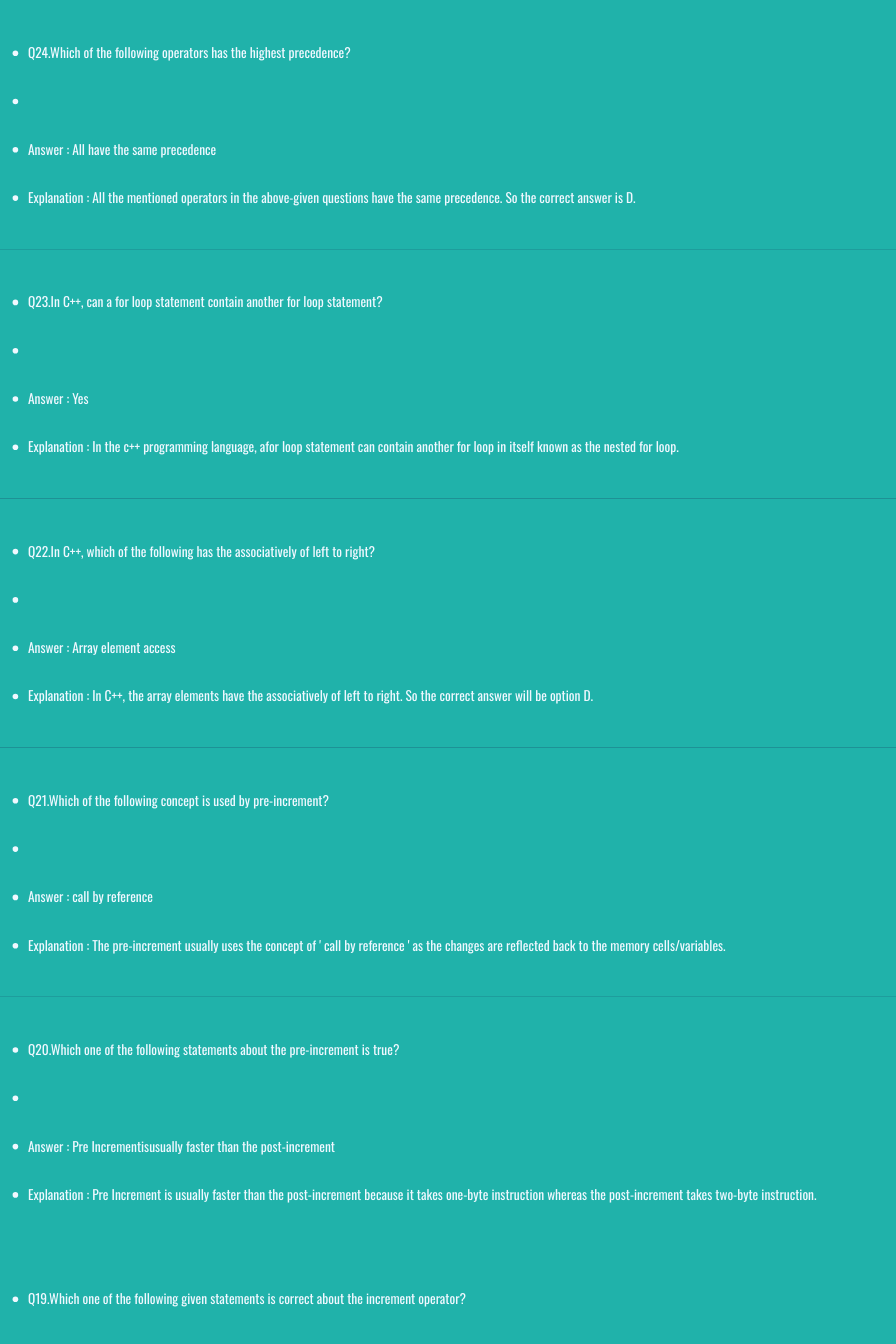
Repository: abdelrahmanahmed20021/Quiz-Platform
Page: info.html
The author's editor kept a copy of each file at every save. The page is drawn from the files as they stood at one save, then again after the next save.
The browser window is 1280 px wide. The pictures show the part of the page from y = 0 to 1920 px (the page is 11674 px tall before and 11774 px after), at 70% of full size.

Above is the page before, as saved 2023-01-11 18:17:55.

### info.html
<!DOCTYPE html>
<html lang="en">

    <head>
        <!-- ======== Meta =========== -->
        <meta charset="UTF-8">
        <meta http-equiv="X-UA-Compatible" content="IE=edge">
        <meta name="viewport" content="width=device-width, initial-scale=1.0">
        <title>Question || Platform</title>
        <!-- ======== Links =========== -->
        <link rel="stylesheet" href="./styles/index.css">
        <link rel="stylesheet" href="./styles/responsive.css">
        <style>
            .info-answers{
                padding: 40px;
                background-color: lightseagreen;
                font-family:  'Oswald', sans-serif;
            }
            .info-answers li{
                color: aliceblue;
                padding: 20px 0;
                font-size: 1.2rem;
            }
            .info-answers li img{
                width: 300px;
                border-radius: 10px;
            }
        </style>
        <!-- ======== Links =========== -->
    </head>
    <body>



       <script type="module">
          import {data} from "./auth/data.js";

          const body = document.querySelector("body");

          data.forEach((e) =>{
            const result_ans = e.answer;
            body.insertAdjacentHTML("afterend",`
            <ul class="info-answers">
                <li>${e.quest}</li>
                <li><img src="${e?.img}"alt=""></li>
                <li>Answer : ${e[result_ans]}</li>
                <li>Explanation : ${e.explanation}</li>
            </ul>

            `)
          })
       </script>
    </body>
</html>

### styles/index.css
/* ========= Import || Font ||  ========= */
@import url('https://fonts.googleapis.com/css2?family=Oswald:wght@200;300;400;500;600;700&display=swap');
/* ========= Import || Font ||  ========= */




/* ========= Set || Variables ||  ========= */
:root {
    --mainColor: #192a56;
    --primaryColor: #273c75;
    --lightColor: #00a8ff;
    --greenColor: #e1b12c;
    --redColor: #487eb0;
    --mainFont: 'Oswald', sans-serif;
    --mainPadding: 40px;
    --primaryPadding: 20px;
    --mainFontSize: 1.2rem;
    --primaryFontSize: .72rem;
    --mainFontWigth: 500;
    --primaryFontWigth: 700;
}

/* ========= Set || Variables ||  ========= */




/* ========= Golbal || Styles ||  ========= */
*>*,
*::after,
*::before {
    padding: 0;
    margin: 0;
    box-sizing: border-box;
    transition: all .5s ease-in-out;
    user-select: none;
    user-zoom: none;
    -webkit-user-drag: none;
}

body {
    background-color: var(--mainColor);
    font-family: var(--mainFont);
}

.flex {
    display: flex;
    align-items: center;
    justify-content: center;
}

.box {
    height: 50%;
}

.border {
    border: 2px solid var(--lightColor);
    border-radius: 10px;
}

.hover:hover {
    background-color: var(--lightColor) !important;
    color: var(--primaryColor) !important;
}

.hover_min_width:active {
    background-color: var(--lightColor) !important;
    color: var(--primaryColor) !important;
}

::-webkit-scrollbar {
    width: 5px;
}

::-webkit-scrollbar-thumb {
    background-color: var(--greenColor);
    border-radius: 10px;
}

/* ========= Golbal || Styles ||  ========= */



/* ========= Main || ElE || Styles ||  ========= */
body>section {
    display: flex;
    height: 100vh;
    padding: 30px;
}

body>section .container_1 {
    width: 70%;
    height: 100%;
}

body>section .container_2 {
    width: 30%;
    height: 100%;
    overflow: hidden;
}

body>section .container_1 .start_btn {
    height: 35%;
    gap: 30px;
}

/* ========= Main || ElE || Styles ||  ========= */

/* ========= Audio || Styles ||  ========= */

body>section>.audio_cotroll {
    position: relative;
}

body>section>.audio_cotroll img {
    top: 0;
    left: 0;
    cursor: pointer;
    position: absolute;
    width: 0;
    height: 0;
    opacity: 0;
}

body>section>.audio_cotroll .active {
    opacity: 1;
    z-index: 100;
    width: auto;
    height: auto;
}

/* ========= Audio || Styles ||  ========= */


/* ========= Container || One || Styles ||  ========= */
body>section .container_1 .start_btn button {
    padding: var(--primaryPadding);
    width: 200px;
    border: 0;
    outline: 0;
    border-radius: 10px;
    font-size: var(--mainFontSize);
    background-color: var(--primaryColor);
    color: var(--lightColor);
    cursor: pointer;
    font-weight: var(--mainFontWigth);
}
body>section .container_1 .start_btn button:hover{
    background-color: var(--lightColor);
    color: var(--mainColor);
}
body>section .container_1 .quest_content {
    height: 65%;
    padding: var(--mainPadding) var(--primaryPadding);
}

body>section .container_1 .quest_content .quset_cont {
    position: relative;
    height: 50%;
    font-size: var(--mainFontSize);
    color: var(--lightColor);
    background-color: transparent;
    padding: 90px;
}
body > #poper_img{
    background-color: #466bdb46;
    backdrop-filter: blur(10px);
    position: fixed;
    top: 0;
    bottom: 0;
    left: 0;
    right: 0;
    z-index: 1000;
    display: flex;
    justify-content: center;
    align-items: center;
}

@media screen and (max-width:675px){
    body > #poper_img img{
        width: 85%;
    }
}

@media screen and (min-width:676px) and (max-width:976px){
    body > #poper_img img{
        width: 90%;
    }
}
body > #poper_img span{
    position: absolute;
    top: 20px;
    left: 20px;
    font-size: 2rem;
    cursor: pointer;
    font-weight: bold;
    font-family: sans-serif;
    color: #e1b12c;
}
body>section .container_1 .quest_index {
    padding: 2px 10px;
    font-size: 16px;
    color: var(--lightColor);
}

body>section .container_1 .quest_content .answers {
    width: 100%;
    justify-content: center;
    flex-wrap: wrap;
}

body>section .container_1 .quest_content .answers span {
    width: 46%;
    margin: 5px;
    min-height: 40px;
    text-align: center;
    padding: 5px 0;
    cursor: pointer;
    color: var(--lightColor);
}


/* ========= Container || One || Styles ||  ========= */




/* ========= Container || Two || Styles ||  ========= */
body>section .container_2 .quest_index_num {
    justify-content: space-between;
    flex-direction: column-reverse;
    min-height: 68%;
    max-height: 68%;
    padding-bottom: 400px;
    margin-bottom: 30px;
    overflow: auto;
}


body>section .container_2 .quest_index_num p {
    display: block;
    width: 100%;
    text-align: center;
    color: var(--primaryColor);
}

body>section .container_2 .quest_index_num .correct_answer {
    background-color: transparent !important;
    color: var(--greenColor) !important;
}

body>section .container_2 .quest_index_num .falsey_answer {
    background-color: transparent !important;
    color: var(--primaryColor) !important;
}

body>section .container_2 .icons_helper {
    justify-content: space-evenly;
    height: 20%;
}

body>section .container_2 .icons_helper .remove_2 {
    width: 80px;
    height: 80px;
    cursor: pointer;
    color: var(--lightColor);
}

body>section .container_2 .icons_helper .google {
    cursor: pointer;
    width: 80px;
    height: 80px;
}

/* ========= Container || Two || Styles ||  ========= */

/* ========= Actives || Class || Styles ||  ========= */
.active_point_quest {
    color: var(--lightColor) !important;
    font-weight: var(--primaryFontWigth);
    font-size: var(--mainFontSize);
}

.falsey_answer {
    background-color: var(--redColor) !important;
    color: var(--lightColor) !important;
}
.falsey_answer_p{
    color: red !important;
}
.correct_answer {
    background-color: var(--greenColor) !important;
    color: var(--lightColor) !important;
}

.hidde_animate_btn {
    transform: scale(0);
    width: 0;
}
.poper_appender{
    color: #00a8ff;
}
.hide_poper{
    display: none !important;
}
.description_hidde{
    display: none;
}
/* ========= Actives || Class || Styles ||  ========= */

### styles/responsive.css
/* ===========  Tablets || Sizes  =============== */
/* =============== Sm ================ */
@media screen and (min-width:360px) and (max-width:960px) {
    :root {
        --mainPadding: 20px;
        --primaryPadding: 10px;
        --mainFontSize: 1rem;
        --mainFontWigth: 400;
        --primaryFontWigth: 500;
    }

    body>section {
        flex-direction: column;
        padding: 20px 10px;
    }

    body>section .container_1 {
        width: 100%;
        height: 70%;

    }

    body>section .container_1 .start_btn {
        height: 20%;
    }

    body>section .container_2 {
        width: 100%;
        height: 30%;
    }

    body>section .container_2 .quest_index_num {
        min-height: 58%;
        max-height: 58%;
        padding-bottom: 0;
        padding-left: 400px;
    }

    body>section .container_2 .icons_helper {
        justify-content: space-between;
    }

    body>section .container_1 .quest_content .quset_cont {
        padding: 40px;
    }

    body>section .container_1 .quest_content .answers span {
        font-size: var(--primaryFontSize);
        font-weight: var(--primaryFontWigth);
    }

    body>section .container_2 .icons_helper .remove_2 {
        width: 60px;
        height: 60px;
    }

    body>section .container_2 .icons_helper .google {
        width: 60px;
        height: 60px;
    }

}

/* =============== Sm ================ */
/* ===========  Tablets || Sizes  =============== */

### auth/data.js
export const data = [
    {
        "quest": "Q1.What will be the output of the following C++ code?",
        "img": `../assets/code/1.png`,
        "a": "Hello",
        "b": "World",
        "c": "Error",
        "d": "Hello World",
        "answer": "c",
        "explanation": " There is no operation defined for the addition of character array in C++ hence the compiler throws an error as it does not understood what to do about this expression."
    },
    {
        "quest": "Q2.Which of the following C++ code will give error on compilation?",
        "img": `../assets/code/2.png`,
        "a": "Code 1 only",
        "b": "Neither code 1 nor code 2",
        "c": "Both code 1 and code 2",
        "d": "Code 2 only",
        "answer": "b",
        "explanation": "Neither code 1 nor code 2 will give an error as both are syntactically correct as in first code we have included namespace std and in second one we have used scope resolution operator to resolve the conflict."
    },
    {
        "quest": "Q3. What is the value of p in the following C++ code snippet?",
        "img": `../assets/code/3.png`,
        "a": "12",
        "b": "0",
        "c": "2",
        "d": "16",
        "answer": "d",
        "explanation": " means bitwise OR operation so x | y (0101 | 1010) will be evaluated to 1111 which is integer 15 and as a is true and b is false so a+b(1 + 0) = 1. So final value of expression in line #10 will be 15 + 1 = 16."
    },
    {
        "quest": "Q4- In the following program f() is overloaded.",
        "img": "../assets/code/4.png",
        "a": "True",
        "b": "False",
        "c": "Not one of them",
        "d": "True and False",
        "answer": "b",
        "explanation": "No, as both the functions arguments is same and compiler ignores return type to consider overloading though different in return type."
    },
    {
        "quest": "Q5 - What is the output of the following program?",
        "img": "../assets/code/5.png",
        "a": "Hello",
        "b": "Hi",
        "c": "HelloHi",
        "d": "Compile error",
        "answer": "b",
        "explanation": "Its Easy Bro Go Study well but call me i will tell u if u can't get it"
    },
    {
        "quest": "Q6- What is the output of the following program?",
        "img": "../assets/code/6.png",
        "a": "5",
        "b": "Address of ‘x’",
        "c": "Compile error",
        "d": "10",
        "answer": "d",
        "explanation": "A function can return reference, hence it can appear on the left hand side of the assignment operator.",
    },
    {
        "quest": "Q7.Which of the following user-defined header file extension used in c++?",
        "img": "",
        "a": "hg",
        "b": "cpp",
        "c": "h",
        "d": "hf",
        "answer": "c",
        "explanation": ".h extensions are used for user defined header files. To include a user defined header file one should use #include”name.h” i.e. enclosed within double quotes.",
    },
    {
        "quest": "Q8.Which of the following is a correct identifier in C++?",
        "img": "",
        "a": "VAR_1234",
        "b": "$var_name",
        "c": "7VARNAME",
        "d": "7var_name",
        "answer": "a",
        "explanation": `
            Explanation: The rules for writing an identifier is as follows:
            i) may contain lowercase/uppercase letters, digits or underscore(_) only
            ii) should start with a non-digit character
            iii) should not contain any special characters like @, $, etc.`
    },
    {
        "quest": "Q9.What happens if the following C++ statement is compiled and executed?",
        "img": "../assets/code/7.png",
        "a": "The program is not semantically correct",
        "b": "The program is compiled and executed successfully",
        "c": "The program gives a compile-time error",
        "d": " The program compiled successfully but throws an error during run-time",
        "answer": "b",
        "explanation": "The above statement is syntactically and semantically correct as C++ allows the programmer to delete a NULL pointer, therefore, the program is compiled and executed successfully."
    },
    {
        "quest": "Q10.What will be the output of the following C++ program?",
        "img": "../assets/code/8.png",
        "a": "Hello",
        "b": "World",
        "c": "Error",
        "d": "Hello World",
        "answer": "a",
        "explanation": "char* are terminated by a ‘\0’ character so the string “Hello\0World” will be cut down to “Hello”."
    },
    {
        "quest": "Q11.Which of the following is the address operator?",
        "img": "",
        "a": "@",
        "b": "#",
        "c": "&",
        "d": "%",
        "answer": "c",
        "explanation": "To print the address of any variable, a user can use the '&' operator. To understand it more clearly, consider the following example:"
    },
    {
        "quest": "Q12.Which of the following statements is correct about the formal parameters in C++?",
        "img": "",
        "a": "Parameters with which functions are called",
        "b": "Parameters which are used in the definition of the function",
        "c": "Variables other than passed parameters in a function",
        "d": "Variables that are never used in the function",
        "answer": "a",
        "explanation": "Parameters that are used in the body of the function are known as formal parameters. These parameters represent the parameters passed to the function and are only used inside the function's body."
    },
    {
        "quest": "Q13.C++ is a ___ type of language.",
        "img": "",
        "a": "High-level Language",
        "b": "Low-level language",
        "c": "Middle-level language",
        "d": "None of the above",
        "answer": "c",
        "explanation": " C++ contains the features of both types of high and Low-level programming languages, and it is also not wrong if we call it the combination of both high and low-level languages."
    },
    {
        "quest": "Q13.Which of the following refers to characteristics of an array?",
        "img": "",
        "a": "An array is a set of similar data items",
        "b": "An array is a set of distinct data items",
        "c": "An array can hold different types of datatypes",
        "d": "None of the above",
        "answer": "a",
        "explanation": "Basically, an array is a set of similar data items that are stored in the contiguous memory blocks. You can access any data item randomly using the index address of the element s."
    },
    {
        "quest": "Q14.If we stored five elements or data items in an array, what will be the index address or the index number of the array's last data item?",
        "img": "",
        "a": "3",
        "b": "5",
        "c": "4",
        "d": "88",
        "answer": "c",
        "explanation": "The array uses the contiguous block of memory for storing the data elements. Hence the data items pushed into an array are stored at the continuous address space. The index number of the array begins with zero so, the first data item pushed into the array will be stored at zero and so on. Hence index number of the last (fifth) element will be 4."
    },
    {
        "quest": "Q15.Which type of memory is used by an Array in C++ programming language?",
        "img": "",
        "a": "Contiguous",
        "b": "None-contiguous",
        "c": "Both A and B",
        "d": "Not mentioned",
        "answer": "a",
        "explanation": "In the C and C++ programming language, the memory used by an array is usually contiguous, which means when an array is declared or initialized in the program a block of memory is selected form the memory space immediately. The major drawback of an array is that users have to guess the size of the array before actually using it, in which a significant amount of memory will be occupied even when it is not used. This later creates the problem of lack of memory."
    },
    {
        "quest": "Q16.How many types of the array are there in the C++ programming language?",
        "img": "",
        "a": "In the C++ programming language, there are three types of arrays",
        "b": "In the C++ programming language, there are four types of arrays",
        "c": "In the C++ programming language, there are two types of arrays",
        "d": "Both A and B",
        "answer": "c",
        "explanation": "In the C++ programming language, there are mainly two types of arrays that are Single Dimension arrays and Multi-Dimension arrays. In Single-Dimension arrays, the same types of values are hold in the form of a List, while on the other hand, in Multi-Dimension arrays; values are stored in the form of a matrix."
    },
    {
        "quest": "Q17.What did we call an array of the one-dimensional array?",
        "img": "",
        "a": "Single Dimensional array",
        "b": "Multi-Dimensional array",
        "c": "2D Array (or 2-Dimensional array)",
        "d": "Both A and B",
        "answer": "c",
        "explanation": "An array of one-dimensional array is known as the 2-dimensional array or 2D Array-like . We can understand it more clearly with the help of the following example:"
    },
    {
        "quest": "Q18.How many types of elements can an array store?",
        "img": "",
        "a": "Same types of elements",
        "b": "Char and int type",
        "c": "Only char types",
        "d": "All of the above",
        "answer": "a",
        "explanation": " An array can hold several elements except that all the data elements are of the same type."
    },
    {
        "quest": "Q19.Which one of the following given statements is correct about the increment operator?",
        "img": "",
        "a": "Increment operator(or ++ ) usually adds 2 to its operand",
        "b": "Decrement operator ++ subtracts 1 to its operand",
        "c": "Decrement operator ++ subtracts 3 to its operand",
        "d": "Increment operator (or ++ ) usually adds 1 to its operand",
        "answer": "d",
        "explanation": "The Increment operator (or ++) is one of the basic operators in C++. Usually, it is used in several types of loop statements for the counter. Whenever the increment operator (or ++) gets executed, it adds or made an increment of 1 to its operand. To understand it more clearly, you can consider the example given below:"
    },
    {
        "quest": "Q20.Which one of the following statements about the pre-increment is true?",
        "img": "",
        "a": "Pre Incrementisusually faster than the post-increment",
        "b": "Post-increment is faster than the pre-Increment",
        "c": "Pre increment is slower than post-increment",
        "d": "pre decrement is slower than post-increment",
        "answer": "a",
        "explanation": " Pre Increment is usually faster than the post-increment because it takes one-byte instruction whereas the post-increment takes two-byte instruction."
    },
    {
        "quest": "Q21.Which of the following concept is used by pre-increment?",
        "img": "",
        "a": "call by value",
        "b": "call by reference",
        "c": "queue",
        "d": "call by name",
        "answer": "b",
        "explanation": "The pre-increment usually uses the concept of ' call by reference ' as the changes are reflected back to the memory cells/variables."
    },
    {
        "quest": "Q22.In C++, which of the following has the associatively of left to right?",
        "img": "",
        "a": "Addressof",
        "b": "Unary operator",
        "c": "Logical not",
        "d": "Array element access",
        "answer": "d",
        "explanation": "In C++, the array elements have the associatively of left to right. So the correct answer will be option D."
    },
    {
        "quest": "Q23.In C++, can a for loop statement contain another for loop statement?",
        "img": "",
        "a": "No",
        "b": "Yes",
        "c": "Runtime error",
        "d": "None of the above",
        "answer": "b",
        "explanation": "In the c++ programming language, afor loop statement can contain another for loop in itself known as the nested for loop."
    },
    {
        "quest": "Q24.Which of the following operators has the highest precedence?",
        "img": "",
        "a": "%",
        "b": "/",
        "c": "*",
        "d": "All have the same precedence",
        "answer": "d",
        "explanation": "All the mentioned operators in the above-given questions have the same precedence. So the correct answer is D."
    },
    /*
    {
        "quest": "",
        "img":"",
        "a": "",
        "b": "",
        "c": "",
        "d": "",
        "answer": "",
        "explanation":
    },
    {
        "quest": "",
        "img":"",
        "a": "",
        "b": "",
        "c": "",
        "d": "",
        "answer": "",
        "explanation":
    },
    {
        "quest": "",
        "img":"",
        "a": "",
        "b": "",
        "c": "",
        "d": "",
        "answer": "",
        "explanation":
    },
    {
        "quest": "",
        "img":"",
        "a": "",
        "b": "",
        "c": "",
        "d": "",
        "answer": "",
        "explanation":
    },
    {
        "quest": "",
        "img":"",
        "a": "",
        "b": "",
        "c": "",
        "d": "",
        "answer": "",
        "explanation":
    },
    {
        "quest": "",
        "img":"",
        "a": "",
        "b": "",
        "c": "",
        "d": "",
        "answer": "",
        "explanation":
    }
    */
];

After the next save:
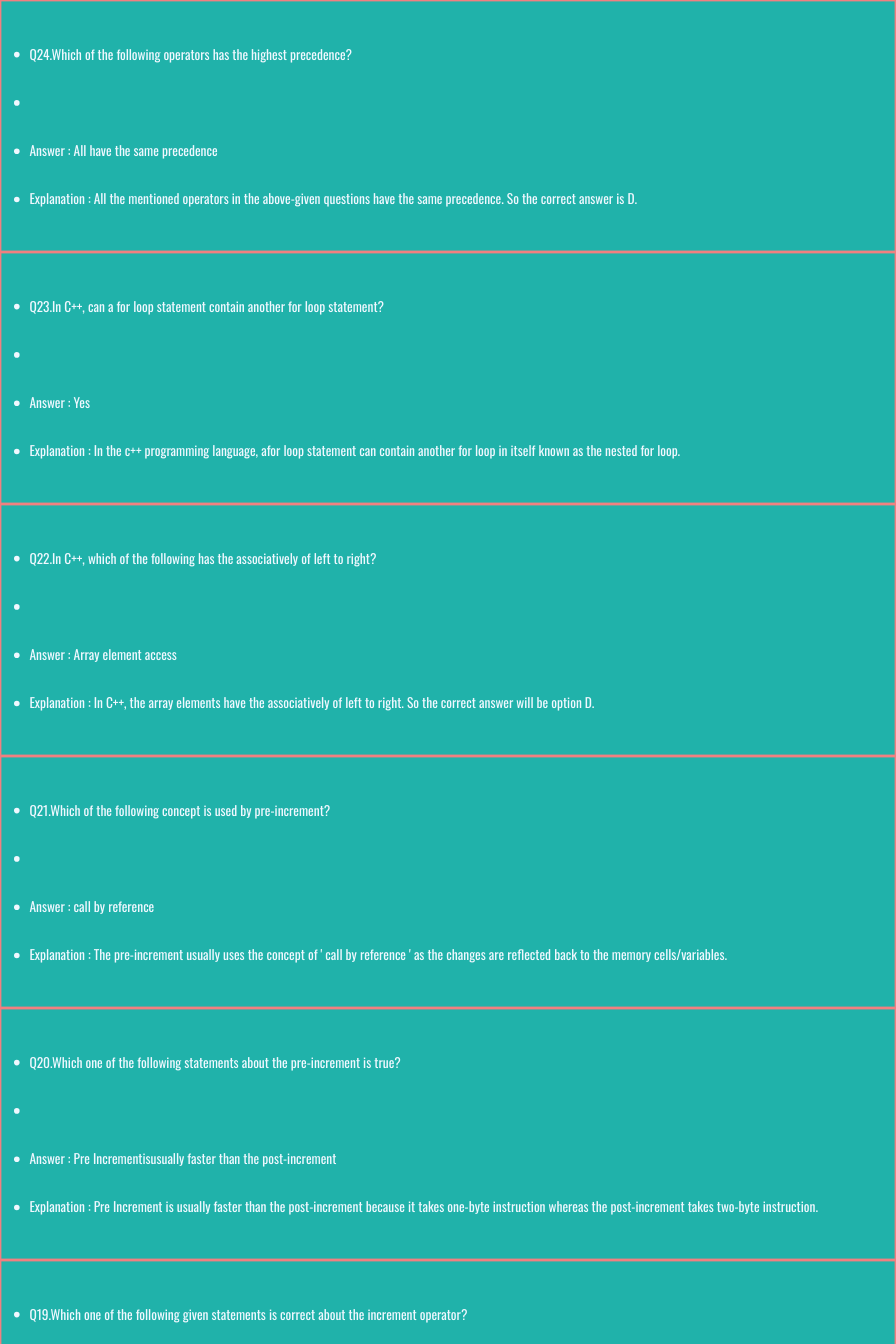
Saved 24 s later.
--- a/info.html
+++ b/info.html
@@ -15,6 +15,7 @@
                 padding: 40px;
                 background-color: lightseagreen;
                 font-family:  'Oswald', sans-serif;
+                border: 2px solid lightcoral;
             }
             .info-answers li{
                 color: aliceblue;
